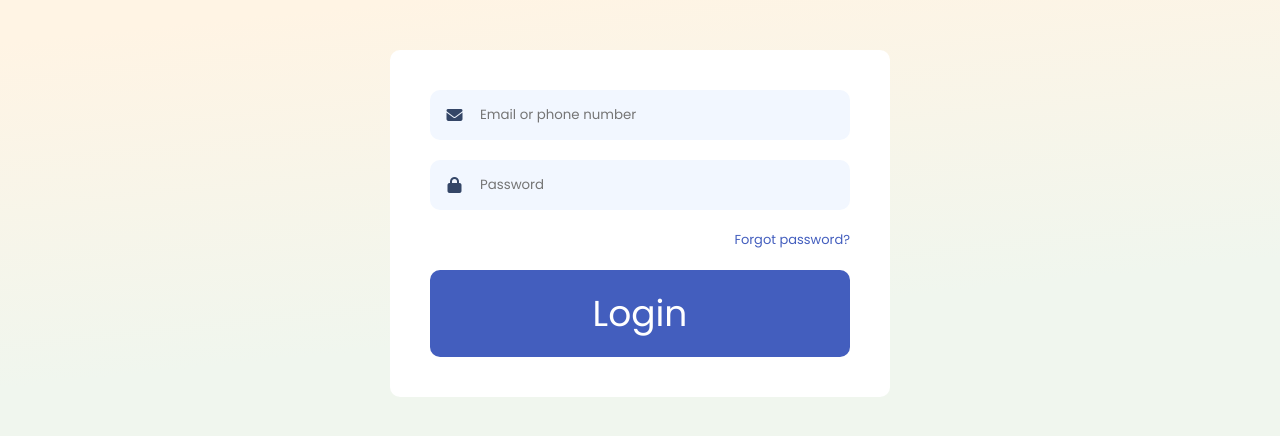
Repository: VuTuanAnh0949/loginForm
Page: index.html
These files come from the project's save history. The page is drawn as it stood at one moment and after the next save; the edit follows.
The browser window is 1280 px wide. The pictures show the whole page.

Above is the page before, as saved 2022-04-15 20:59:59.

### index.html
<!DOCTYPE html>
<html lang="en">
<head>
  <meta charset="UTF-8">
  <meta http-equiv="X-UA-Compatible" content="IE=edge">
  <meta name="viewport" content="width=device-width, initial-scale=1.0">
  <link
  href="https://fonts.googleapis.com/css2?family=Poppins:wght@300;400;600&display=swap"
  rel="stylesheet"
/>
<link rel="stylesheet" href="style.css">
<link rel="stylesheet" href="/fontawesome-free-6.1.1-web/css/all.css">
  <title>Login</title>
</head>
<body>
  <div class="login">
    <div class="login-field">
      <i class="fa-solid fa-envelope login-icon"></i>
      <input type="email" class="login-input" placeholder="Email or phone number">
    </div>
    <div class="login-field">
      <i class="fa-solid fa-lock login-icon"></i>
      <input type="password" class="login-input" placeholder="Password">
    </div>
    <a href="#" class="login__forgot--password">Forgot password?</a>
    <button class="login-submit">Login</button>
  </div>
</body>
</html>

### style.css
html{
  font-size: 62%;
  font-family: "Poppins", sans-serif;
}
*{
box-sizing: border-box;
}
body{
  background-image: linear-gradient( 174.2deg,  rgba(255,244,228,1) 7.1%, rgba(240,246,238,1) 67.4% );
}
.login{
width: 500px;
margin: 50px auto;
padding: 40px;
background-color: white;
border-radius: 10px;
}
.login-field{
  display: flex;
  align-items: center;
  background-color: #f2f7ff;
  padding: 15px;
  margin-bottom: 20px;
  border-radius: 10px;
}
.login-icon{
  color: #344667;
  font-size: 16px;
  width: 20px;
  text-align: center;

}
.login-input{
  font-family: "Poppins", sans-serif;
  border: 0;
  padding: 0 0 0 16px;
  background-color: transparent;
  width: 100%;
  outline: none;
}
.login-submit{
  color: white;
  border-radius: 10px;
  display: block;
  width: 100%;
  border: 0;
  padding: 16px 10px;
   background-color: #435ebe;
   font-size: 36px;
   font-family: "Poppins", sans-serif;
}
.login__forgot--password{
  display: block;
  text-decoration: none;
  text-align: right;
  margin-bottom: 20px;
  font-size: 13px;
  color: #435ebe;
}

Loaded but not shown: fontawesome-free-6.1.1-web/css/all.css (library)

After the next save:
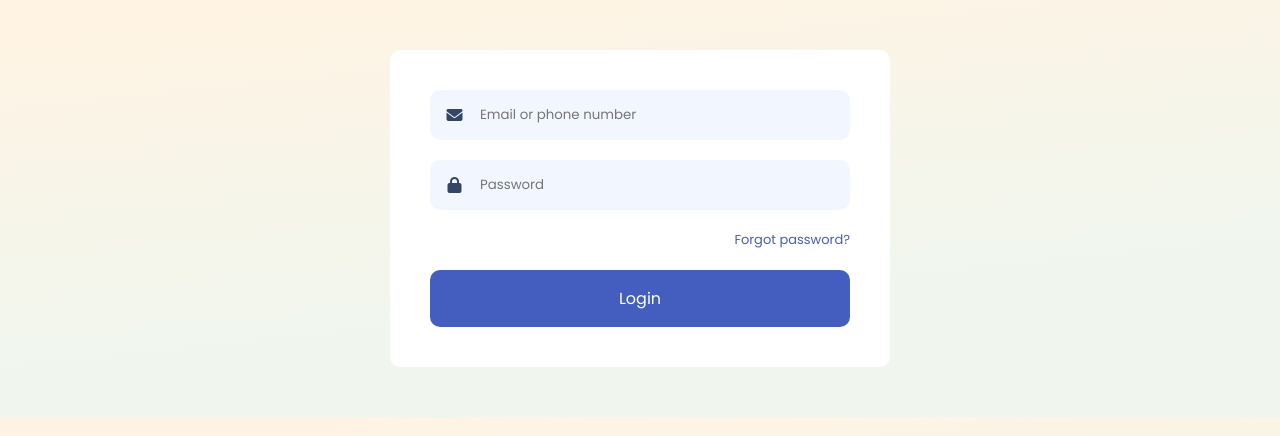
Saved 6 s later.
--- a/style.css
+++ b/style.css
@@ -46,7 +46,7 @@ border-radius: 10px;
   border: 0;
   padding: 16px 10px;
    background-color: #435ebe;
-   font-size: 36px;
+   font-size: 16px;
    font-family: "Poppins", sans-serif;
 }
 .login__forgot--password{
